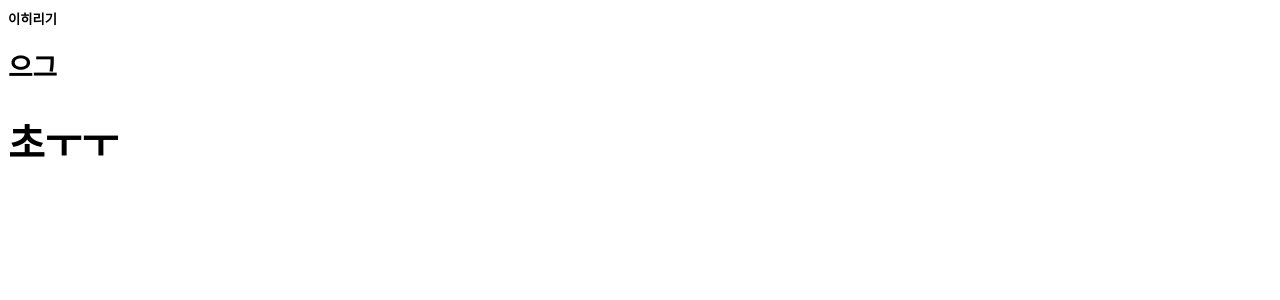
Repository: AgentHyun/FishDalle3
Page: Feb13_1_jQuery/WebContent/4_RepeatStmt.html
The author's editor kept a copy of each file at every save. The page is drawn from the files as they stood at one save, then again after the next save.
The browser window is 1280 px wide. The pictures show the whole page.

Above is the page before, as saved 2025-02-14 06:42:32.

After the next save:
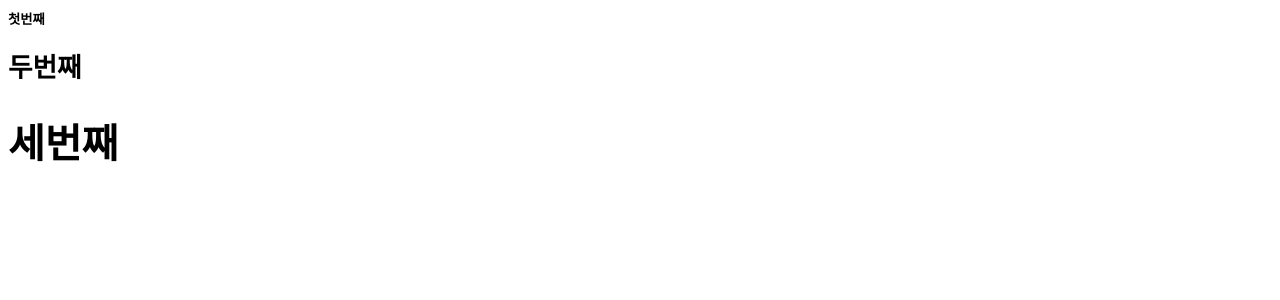
Saved 26 s later.
--- a/Feb13_1_jQuery/WebContent/4_RepeatStmt.html
+++ b/Feb13_1_jQuery/WebContent/4_RepeatStmt.html
@@ -74,9 +74,9 @@ $(function() {
 
 </head>
 <body>
- <h1>이히리기</h1>
- <h1>으그</h1>
- <h1>초ㅜㅜ</h1>
+ <h1>첫번째</h1>
+ <h1>두번째</h1>
+ <h1>세번째</h1>
 
 </body>
 </html>
